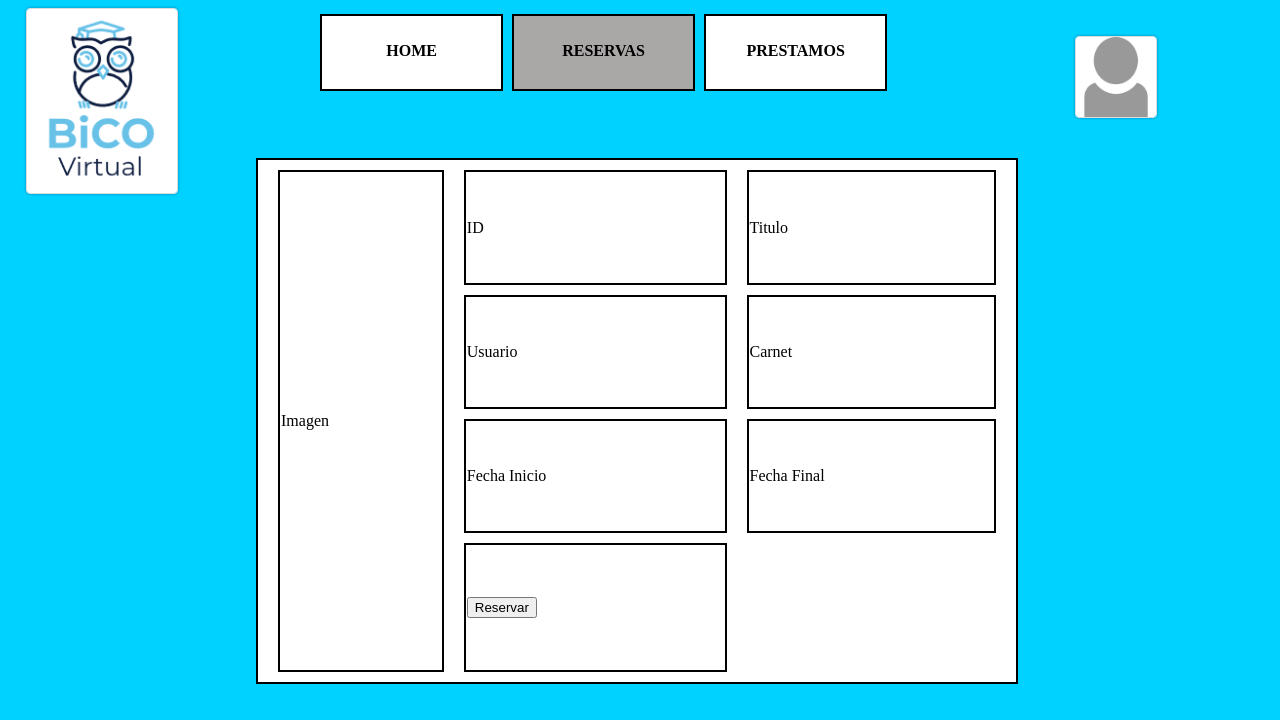
Repository: i72frpeu/IW_Bien
Page: http://localhost/Trabajo_IW/Vistas/Reserva.jsp
These files come from the project's save history. The page is drawn as it stood at one moment and after the next save; the edit follows.
The browser window is 1280 px wide. The pictures show the whole page.
The page is served by Tomcat 9.

Above is the page before, as saved 2020-05-16 20:15:07.

After the next save:
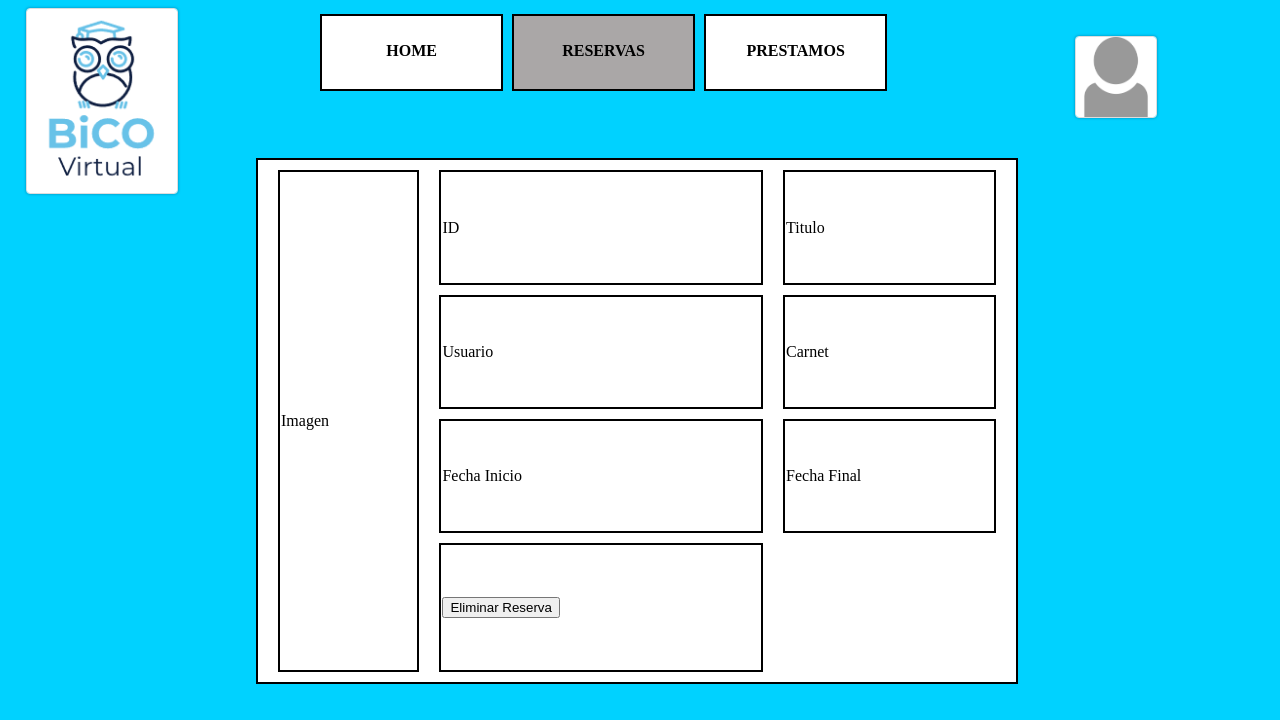
Saved 2 min 57 s later.
--- a/WorkSpace/Trabajo IW/WebContent/Vistas/Reserva.jsp
+++ b/WorkSpace/Trabajo IW/WebContent/Vistas/Reserva.jsp
@@ -27,7 +27,7 @@
 			<td class = "tdlibro"> Fecha Inicio </td> <td class = "tdlibro"> Fecha Final </td>
 		</tr>
 		<tr>
-			<td class = "tdlibro"> <a href = "Formulario Reservas.jsp"><button>Reservar</button></a> </td>
+			<td class = "tdlibro"> <a href = "Formulario Reservas.jsp"><button>Eliminar Reserva</button></a> </td>
 		</tr>
 	</table>
   </div>
